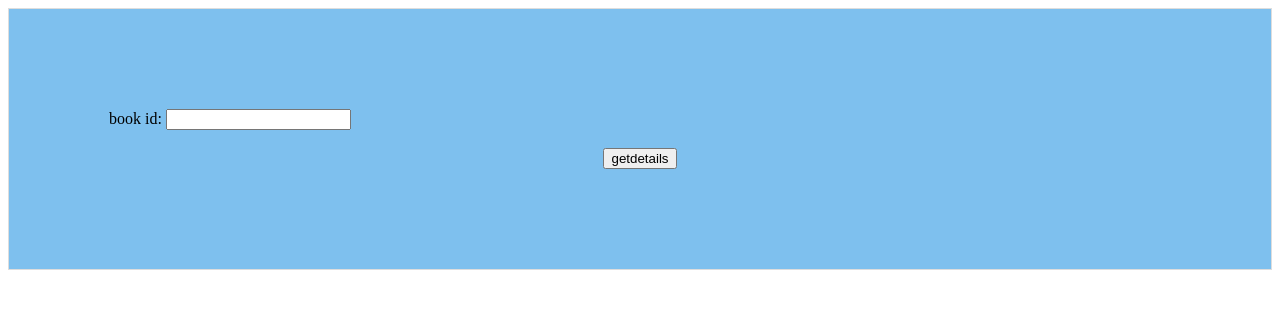
Repository: Saikumar6901/DBSTrainingModules
Page: http://localhost/Bookmanagement/updatefile.jsp
These files come from the project's save history. The page is drawn as it stood at one moment and after the next save; the edit follows.
The browser window is 1280 px wide. The pictures show the whole page.
The page is served by Tomcat 9.

Above is the page before, as saved 2019-08-12 15:15:50.

After the next save:
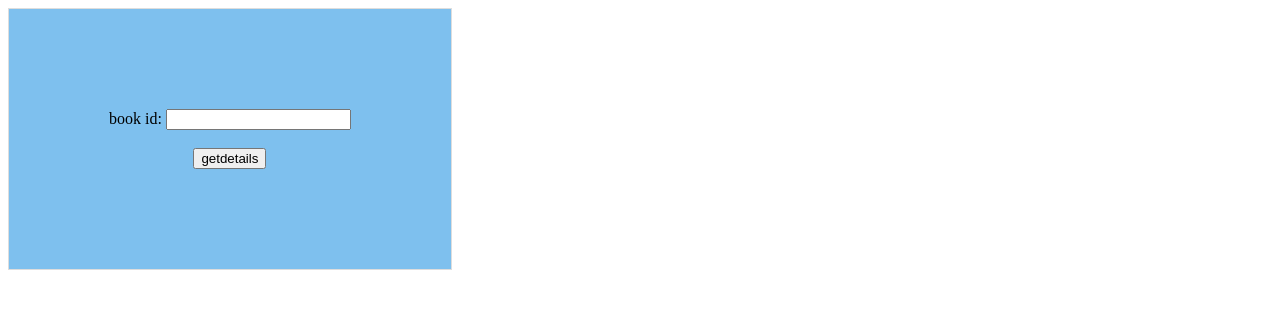
Saved 29 s later.
--- a/eclipse/Bookmanagement/WebContent/updatefile.jsp
+++ b/eclipse/Bookmanagement/WebContent/updatefile.jsp
@@ -14,6 +14,7 @@
   margin:auto;
   display:block;
   align:"center";
+  display: inline-block;
 }
 .subbutton{
 
